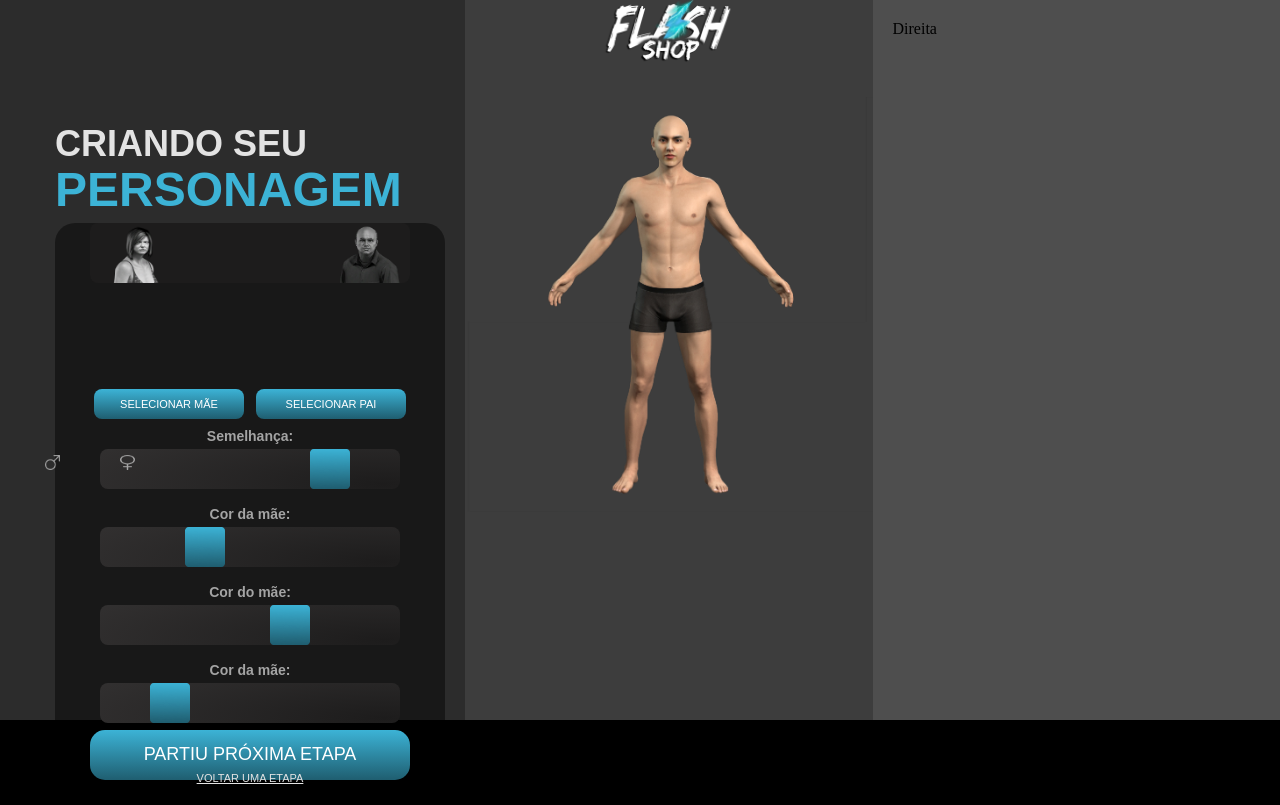
Repository: DuMCorrea/CriandoPerso
Page: index.html
An editor plug-in stored every save of this project. The page is shown before and after the next save, followed by the edit.
The browser window is 1280 px wide. The pictures show the whole page.

Above is the page before, as saved 2024-08-29 15:27:14.

### index.html
<!DOCTYPE html>
<html lang="en">
<head>
    <meta charset="UTF-8">
    <meta name="viewport" content="width=device-width, initial-scale=1.0">
    <title>Dividindo a Tela com Imagens</title>
    <link rel="stylesheet" href="styles.css">
</head>
<body>
    <div class="container">
        <div class="left">
            <h1 class="title">
                <span class="part1">CRIANDO SEU</span>
                <span class="part2">PERSONAGEM</span>
            </h1>
            <div class="vertical-rectangle">
                <div class="image-rectangle">
                    <img src="assets/mulher.png" alt="Imagem 1" class="rectangle-image">
                    <img src="assets/homem.png" alt="Imagem 2" class="rectangle-image">
                </div>
                <div class="button-group">
                    <button class="top-button">SELECIONAR MÃE</button>
                    <button class="top-button">SELECIONAR PAI</button>
                </div>
                <div class="rectangles-group">
                    <div class="image-container">
                        <img src="assets/Fem.png" alt="Imagem 1" class="small-image left-image">
                        <img src="assets/Masc.png" alt="Imagem 2" class="small-image right-image">
                    </div>
                    <div class="rectangle-title">Semelhança:</div>
                    <div class="gradient-rectangle">
                        <img src="assets/quadradoAzul.png" alt="Imagem 1" class="small-image1">
                    </div>

                    <div class="rectangle-title">Cor da mãe:</div>
                    <div class="gradient-rectangle">
                        <img src="assets/quadradoAzul.png" alt="Imagem 2" class="small-image2">
                    </div>

                    <div class="rectangle-title">Cor do mãe:</div>
                    <div class="gradient-rectangle">
                        <img src="assets/quadradoAzul.png" alt="Imagem 3" class="small-image3">
                    </div>

                    <div class="rectangle-title">Cor da mãe:</div>
                    <div class="gradient-rectangle">
                        <img src="assets/quadradoAzul.png" alt="Imagem 4" class="small-image4">
                    </div>
                </div>
                <button class="rectangle-button">PARTIU PRÓXIMA ETAPA</button>
                <button class="back-button">VOLTAR UMA ETAPA</button>
            </div>
        </div>
        <div class="center">
            <img src="assets/FlashStore 1 (1).png" alt="Imagem 1" class="top-image">
            <img src="assets/boneco 2.png" alt="Imagem 2" class="center-image">
        </div>
        <div class="right">Direita</div>
    </div>
</body>

</html>

### styles.css
body, html {
    margin: 0;
    padding: 0;
    height: 100%;
    display: flex;
    justify-content: center;
    align-items: center;
    background-color: #000; /* Fundo escuro */
}

.container {
    display: flex;
    width: 100%;
    height: 100%;
}

.container > div {
    flex: 1; /* Cada div ocupa 1/3 do espaço disponível */
    height: 100%;
    padding: 20px;
    box-sizing: border-box;
}



/* PARTE ESQUERDA */



.left {
    background-color: #2c2c2c;
    display: flex;
    flex-direction: column;
    justify-content: flex-start;
    align-items: flex-start;

}

.title {
    margin: 100px 0 0 0; /* Adiciona margem superior para mover o título para baixo */
    padding: 0;
}

.part1 {
    font-family: 'Baloo Bhai', sans-serif;
    font-size: 36px;
    font-weight: 700; /* Aumenta o peso da fonte para deixá-la mais grossa */
    line-height: 48px;
    text-align: left;
    color: #E3E3E3;
    display: block;
    margin-bottom: -10px; /* Reduz a distância entre as duas partes do título */
    margin-left: 35px;
}

.part2 {
    font-family: 'Baloo Bhai', sans-serif;
    font-size: 48px;
    font-weight: 700; /* Aumenta o peso da fonte para deixá-la mais grossa */
    line-height: 64px;
    text-align: left;
    color: #3CB3D6;
    display: block;
    margin-left: 35px;
}

.vertical-rectangle {
    width: 390px; /* Largura do retângulo */
    height: 630px; /* Altura do retângulo */
    background: #00000075; /* Cor de fundo com opacidade */
    border-radius: 20px; /* Bordas arredondadas */
    margin-left: 35px; /* Alinhamento com o título */
    margin-top: 1px; /* Espaço entre o título e o retângulo */
    display: flex;
    flex-direction: column;
    justify-content: space-between; /* Distribui o espaço */
    align-items: center; /* Centraliza os conteúdos */
}


.rectangle-button {
    width: 320px; /* Largura do botão */
    height: 50px; /* Altura do botão */
    background: linear-gradient(180deg, #3CB3D6 0%, #1F5E70 100%); /* Gradiente de cor */
    border-radius: 15px; /* Bordas arredondadas */
    border: none; /* Remove borda padrão do botão */
    color: white; /* Cor do texto */
    font-family: 'Baloo Bhai', sans-serif;
    font-size: 18px; /* Tamanho do texto */
    display: flex;
    justify-content: center; /* Centraliza horizontalmente */
    align-items: center; /* Centraliza verticalmente */
    margin-bottom: -15px; /* Ajusta o espaçamento superior */
    cursor: pointer;
}

.back-button {
    background: none; /* Remove o fundo */
    border: none; /* Remove a borda */
    color: #E3E3E3; /* Cor do texto */
    font-family: 'Baloo Bhai', sans-serif;
    font-size: 11px; /* Tamanho do texto */
    margin-bottom: 20px; /* Espaçamento superior ajustado */
    text-decoration: underline; /* Adiciona sublinhado */
    cursor: pointer; /* Muda o cursor ao passar por cima */
}


.button-group {
    display: flex;
    justify-content: space-between; /* Espaça os botões igualmente */
    width: 0%; /* Largura igual à do retângulo */
    padding: 10px 20px; /* Adiciona espaçamento ao redor dos botões */
}

.top-button {
    width: 50px; /* Largura dos botões */
    height: 40px; /* Altura dos botões */
    background: linear-gradient(180deg, #3CB3D6 0%, #1F5E70 100%); /* Gradiente de cor */
    border-radius: 15px; /* Bordas arredondadas */
    border: none; /* Remove borda padrão do botão */
    color: white; /* Cor do texto */
    font-family: 'Baloo Bhai', sans-serif;
    font-size: 16px; /* Tamanho do texto */
    display: flex;
    justify-content: center; /* Centraliza horizontalmente */
    align-items: center; /* Centraliza verticalmente */
    cursor: pointer;
}




.gradient-rectangle {
    width: 300px; /* Largura igual ao botão */
    height: 40px; /* Altura padrão para cada retângulo, ajuste conforme necessário */
    background: radial-gradient(547.21% 823.76% at 94.51% 88.04%, #1D1C1C 0%, #837E7E 100%);
    border-radius: 8px; /* Bordas arredondadas, igual ao botão */
    margin-bottom: 1px; /* Diminui a distância entre os retângulos */
    margin-top: 38px;
    margin-left: 0px;
}

.rectangle-title {
    width: 300px; /* Largura igual ao botão e retângulos */
    height: 30px; /* Altura do título */
    border-radius: 8px; /* Bordas arredondadas */
    display: flex;
    align-items: center; /* Centraliza verticalmente o texto */
    justify-content: center; /* Centraliza horizontalmente o texto */
    color: #A4A4A4; /* Cor do texto */
    font-weight: 700;
    font-family: 'Baloo Bhai', sans-serif;
    font-size: 14px; /* Tamanho do texto */
    margin-bottom: -40px; /* Espaçamento entre o título e o retângulo */
    margin-top: 10px;

}

.image-container {
    width: 50%;
    display: flex;
    justify-content: space-between; /* Coloca uma imagem em cada lado */
    position: absolute; /* As imagens ficam fora do fluxo normal */
    top: 10px; /* Ajusta a posição acima do retângulo */
    padding: 0 10px; /* Espaçamento lateral entre as bordas */
}

.small-image {
    width: 15px; /* Define o tamanho da imagem */
    height: 15px;
}

.left-image {
    position: relative;
    left: 10px;
    top: 445px;
}

.right-image {
    position: relative;
    right: 690px;
    top: 445px
}

.small-image1 {
    width: 40px;
    height: 40px;
    left: 210px;
    position: relative;
}
.small-image2 {
    width: 40px;
    height: 40px;
    left: 85px;
    position: relative;
}
.small-image3 {
    width: 40px;
    height: 40px;
    left: 170px;
    position: relative;
}
.small-image4 {
    width: 40px;
    height: 40px;
    left: 50px;
    position: relative;
}

.button-group {
    display: flex;
    justify-content: space-between; /* Espaça os botões igualmente */
    width: 80%; /* Largura do grupo de botões */
    height: 1%;
    top: 70px;
    position: relative;
}

.top-button {
    width: 150px; /* Largura dos botões */
    height: 30px; /* Altura dos botões */
    background: linear-gradient(180deg, #3CB3D6 0%, #1F5E70 100%); /* Gradiente de cor */
    border-radius: 8px; /* Bordas arredondadas */
    border: none; /* Remove borda padrão do botão */
    color: white; /* Cor do texto */
    font-family: 'Baloo Bhai', sans-serif;
    font-size: 11px; /* Tamanho do texto */
    cursor: pointer;
}

.rectangles-group {
    margin-top: 70px; /* Ajusta o espaçamento superior */
}

.image-rectangle {
    width: 300px; /* Largura do retângulo */
    height: 60px; /* Altura do retângulo */
    background: #1D1C1C; /* Cor de fundo do retângulo */
    border-radius: 8px; /* Bordas arredondadas */
    display: flex;
    justify-content: space-between; /* Espaça as imagens igualmente */
    align-items: center; /* Centraliza verticalmente */
    margin-bottom: 20px; /* Espaço entre o retângulo e os botões */
    padding: 0 10px; /* Espaçamento lateral interno */
}

.rectangle-image {
    width: 60px; /* Largura das imagens */
    height: 60px; /* Altura das imagens */
}

/* PARTE CENTRAL */



.center {
    background-color: #3d3d3d; /* Cor de fundo para a div central */
    display: flex;
    flex-direction: column;
    align-items: center;
    justify-content: space-between; /* Distribui o espaço entre as imagens */
}


.top-image {
    max-width: 40%;
    height: auto;
    margin-top: -60px;
}

.center-image {
    max-width: 200%;
    height: auto;
    margin-top: auto; /* Centraliza verticalmente */
    margin-bottom: 200px;
}


/* PARTE DIREITA */



.right {
    background-color: #4e4e4e; /* Cor de fundo para a div direita */
}

After the next save:
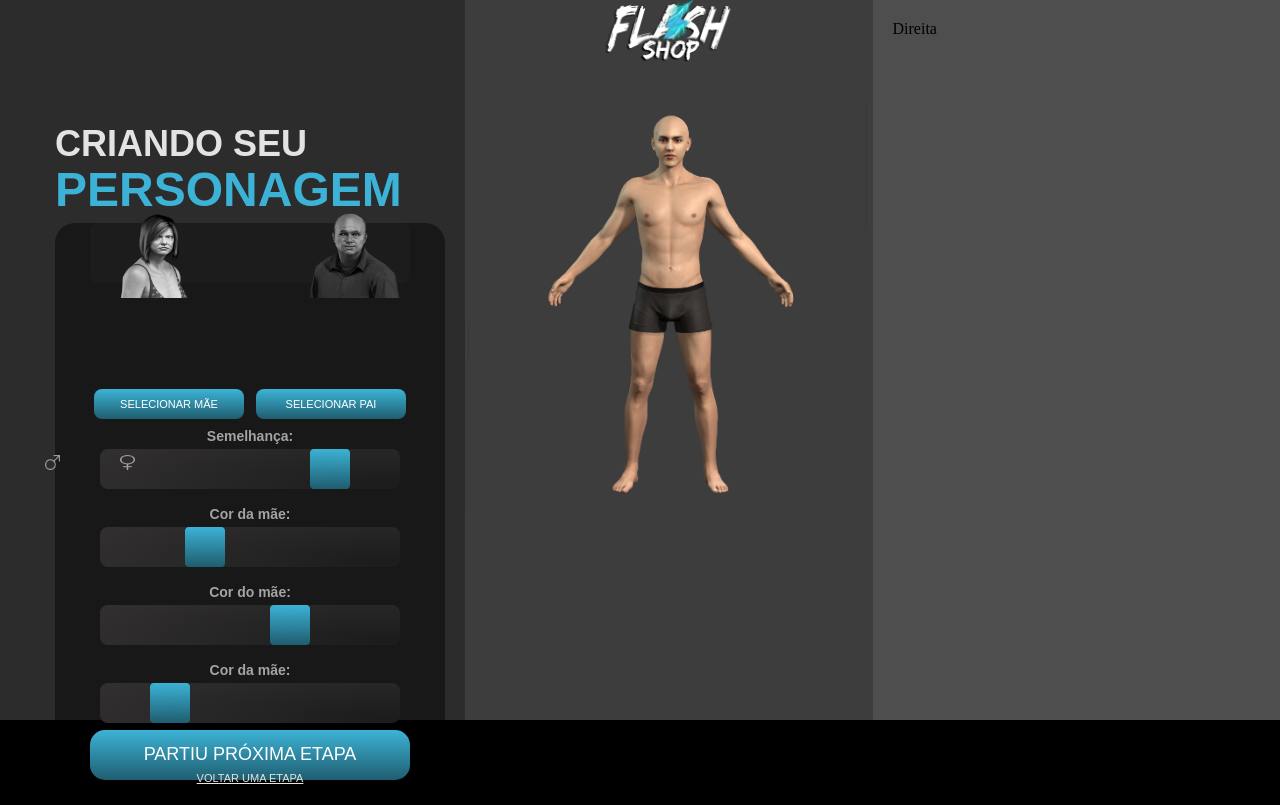
Saved 9 s later.
--- a/styles.css
+++ b/styles.css
@@ -246,8 +246,8 @@
 }
 
 .rectangle-image {
-    width: 60px; /* Largura das imagens */
-    height: 60px; /* Altura das imagens */
+    width: 90px; /* Largura das imagens */
+    height: 90px; /* Altura das imagens */
 }
 
 /* PARTE CENTRAL */
